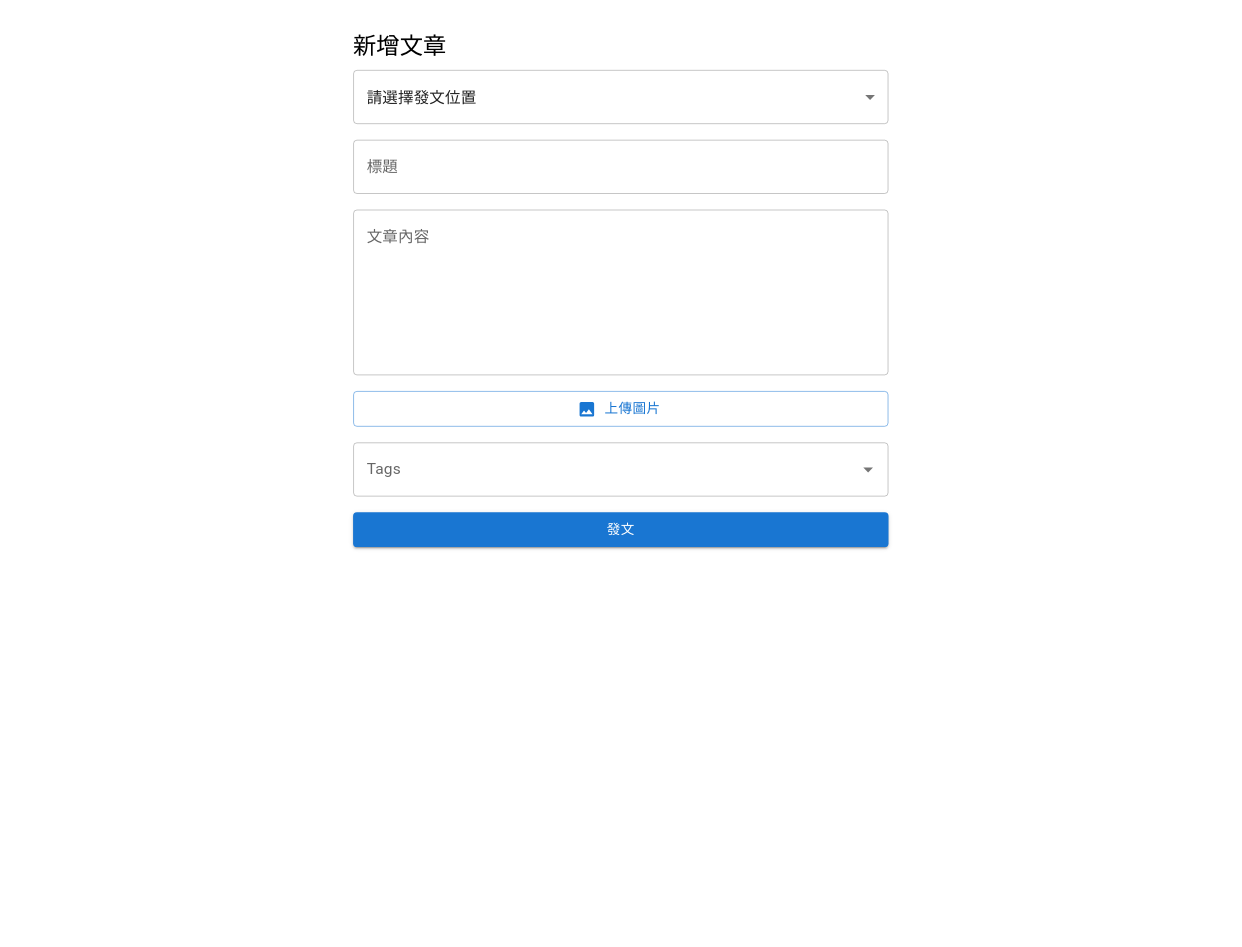
Repository: Angelaliii/SA
Page: /publish (app in next/)
The author's editor kept a copy of each file at every save. The page is drawn from the files as they stood at one save, then again after the next save.
The browser window is 1280 px wide. The pictures show the whole page, at 97% of full size.
The project was rebuilt for these pictures with package versions that can differ from the ones it lists, and the page was loaded fresh each time. The framework's server and built-in components were replaced by stand-ins that run in the browser.

Above is the page before, as saved 2025-03-24 17:55:59.

### next/app/publish/page.tsx
'use client';
import * as React from 'react';
import {
  Container, Box, TextField, Select, MenuItem, Autocomplete, Button,
  Typography, Stack
} from '@mui/material';
import ImageIcon from '@mui/icons-material/Image';

const postLocations = ['企業版', '社團版'];
const tagOptions = ['教學', '科技', '活動'];

export default function PublishPage() {
  const [location, setLocation] = React.useState('');
  const [title, setTitle] = React.useState('');
  const [content, setContent] = React.useState('');
  const [tags, setTags] = React.useState<string[]>([]);
  const [imageFile, setImageFile] = React.useState<File | null>(null);

  const handleImageUpload = (e: React.ChangeEvent<HTMLInputElement>) => {
    if (e.target.files && e.target.files[0]) {
      setImageFile(e.target.files[0]);
    }
  };

  return (
    <Box sx={{ minHeight: '130vh' }}>
      <Container maxWidth="sm" sx={{ mt: 4 }}>
        <Typography variant="h5" gutterBottom>新增文章</Typography>
        <Stack spacing={2}>
          <Select
            fullWidth
            value={location}
            onChange={(e) => setLocation(e.target.value)}
            displayEmpty
          >
            <MenuItem value="" disabled hidden>請選擇發文位置</MenuItem>
            {postLocations.map((loc, idx) => (
              <MenuItem key={idx} value={loc}>{loc}</MenuItem>
            ))}
          </Select>

          <TextField fullWidth label="標題" value={title} onChange={(e) => setTitle(e.target.value)} />

          <TextField
            fullWidth
            label="文章內容"
            multiline
            rows={6}
            value={content}
            onChange={(e) => setContent(e.target.value)}
            placeholder="請輸入文章內容"
          />

          <Button
            component="label"
            variant="outlined"
            startIcon={<ImageIcon />}
          >
            上傳圖片
            <input type="file" hidden onChange={handleImageUpload} />
          </Button>
          {imageFile && <Typography variant="body2">已選擇：{imageFile.name}</Typography>}

          <Autocomplete
            multiple
            options={tagOptions}
            value={tags}
            onChange={(_, newValue) => setTags(newValue)}
            renderInput={(params) => <TextField {...params} label="Tags" />}
          />

          <Stack direction="row">
            <Button variant="contained" color="primary" fullWidth>
              發文
            </Button>
          </Stack>
        </Stack>
      </Container>
    </Box>
  );
}

After the next save:
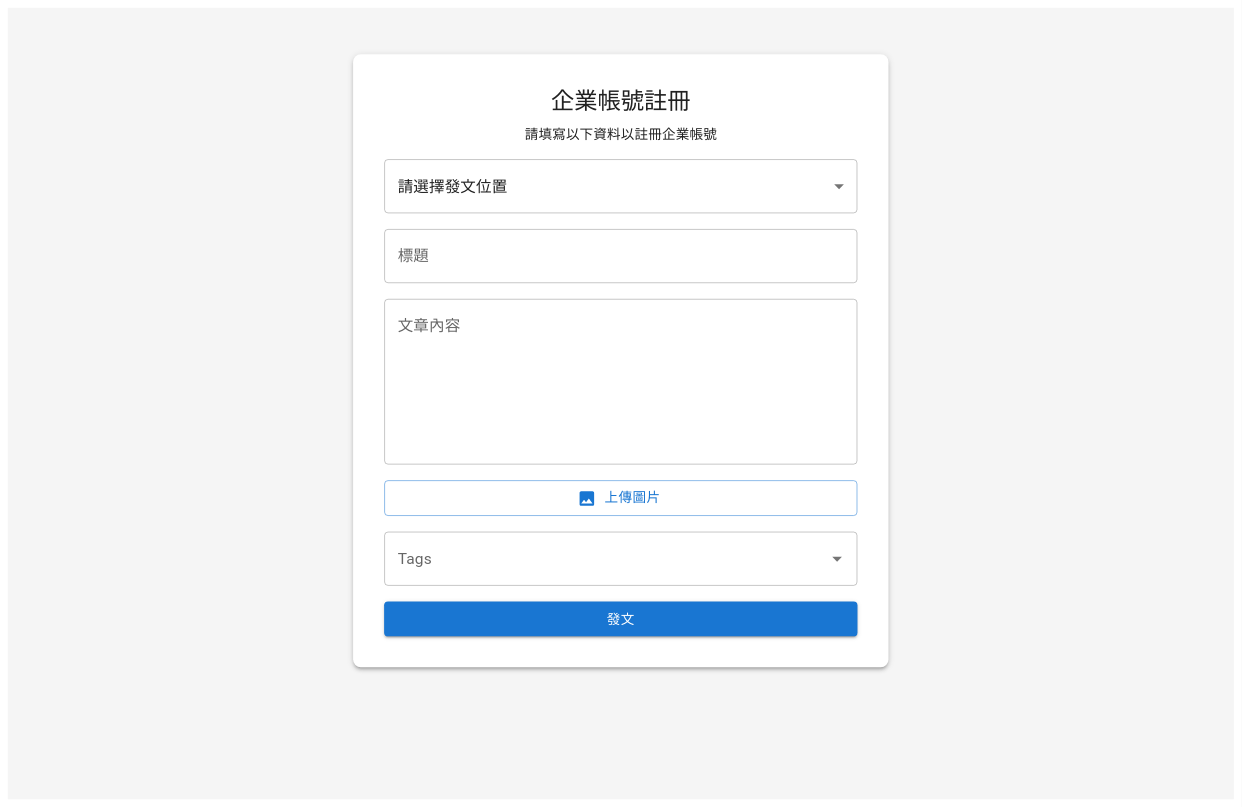
Saved 73 min 0 s later.
--- a/next/app/publish/page.tsx
+++ b/next/app/publish/page.tsx
@@ -1,7 +1,7 @@
 'use client';
 import * as React from 'react';
 import {
-  Container, Box, TextField, Select, MenuItem, Autocomplete, Button,
+  Container, Box, Paper, TextField, Select, MenuItem, Autocomplete, Button,
   Typography, Stack
 } from '@mui/material';
 import ImageIcon from '@mui/icons-material/Image';
@@ -23,58 +23,60 @@ export default function PublishPage() {
   };
 
   return (
-    <Box sx={{ minHeight: '130vh' }}>
-      <Container maxWidth="sm" sx={{ mt: 4 }}>
-        <Typography variant="h5" gutterBottom>新增文章</Typography>
-        <Stack spacing={2}>
-          <Select
-            fullWidth
-            value={location}
-            onChange={(e) => setLocation(e.target.value)}
-            displayEmpty
-          >
-            <MenuItem value="" disabled hidden>請選擇發文位置</MenuItem>
-            {postLocations.map((loc, idx) => (
-              <MenuItem key={idx} value={loc}>{loc}</MenuItem>
-            ))}
-          </Select>
+    <Box sx={{ bgcolor: '#f5f5f5', minHeight: '100vh', py: 6 }}>
+      <Container maxWidth="sm">
+        <Paper elevation={3} sx={{ p: 4, borderRadius: 2 }}>
+          <Typography variant="h5" align="center" gutterBottom>企業帳號註冊</Typography>
+          <Typography variant="body2" align="center" gutterBottom>請填寫以下資料以註冊企業帳號</Typography>
 
-          <TextField fullWidth label="標題" value={title} onChange={(e) => setTitle(e.target.value)} />
+          <Stack spacing={2} mt={2}>
+            <Select
+              fullWidth
+              value={location}
+              onChange={(e) => setLocation(e.target.value)}
+              displayEmpty
+            >
+              <MenuItem value="" disabled hidden>請選擇發文位置</MenuItem>
+              {postLocations.map((loc, idx) => (
+                <MenuItem key={idx} value={loc}>{loc}</MenuItem>
+              ))}
+            </Select>
 
-          <TextField
-            fullWidth
-            label="文章內容"
-            multiline
-            rows={6}
-            value={content}
-            onChange={(e) => setContent(e.target.value)}
-            placeholder="請輸入文章內容"
-          />
+            <TextField fullWidth label="標題" value={title} onChange={(e) => setTitle(e.target.value)} />
 
-          <Button
-            component="label"
-            variant="outlined"
-            startIcon={<ImageIcon />}
-          >
-            上傳圖片
-            <input type="file" hidden onChange={handleImageUpload} />
-          </Button>
-          {imageFile && <Typography variant="body2">已選擇：{imageFile.name}</Typography>}
+            <TextField
+              fullWidth
+              label="文章內容"
+              multiline
+              rows={6}
+              value={content}
+              onChange={(e) => setContent(e.target.value)}
+              placeholder="請輸入文章內容"
+            />
 
-          <Autocomplete
-            multiple
-            options={tagOptions}
-            value={tags}
-            onChange={(_, newValue) => setTags(newValue)}
-            renderInput={(params) => <TextField {...params} label="Tags" />}
-          />
+            <Button
+              component="label"
+              variant="outlined"
+              startIcon={<ImageIcon />}
+            >
+              上傳圖片
+              <input type="file" hidden onChange={handleImageUpload} />
+            </Button>
+            {imageFile && <Typography variant="body2">已選擇：{imageFile.name}</Typography>}
 
-          <Stack direction="row">
+            <Autocomplete
+              multiple
+              options={tagOptions}
+              value={tags}
+              onChange={(_, newValue) => setTags(newValue)}
+              renderInput={(params) => <TextField {...params} label="Tags" />}
+            />
+
             <Button variant="contained" color="primary" fullWidth>
               發文
             </Button>
           </Stack>
-        </Stack>
+        </Paper>
       </Container>
     </Box>
   );
